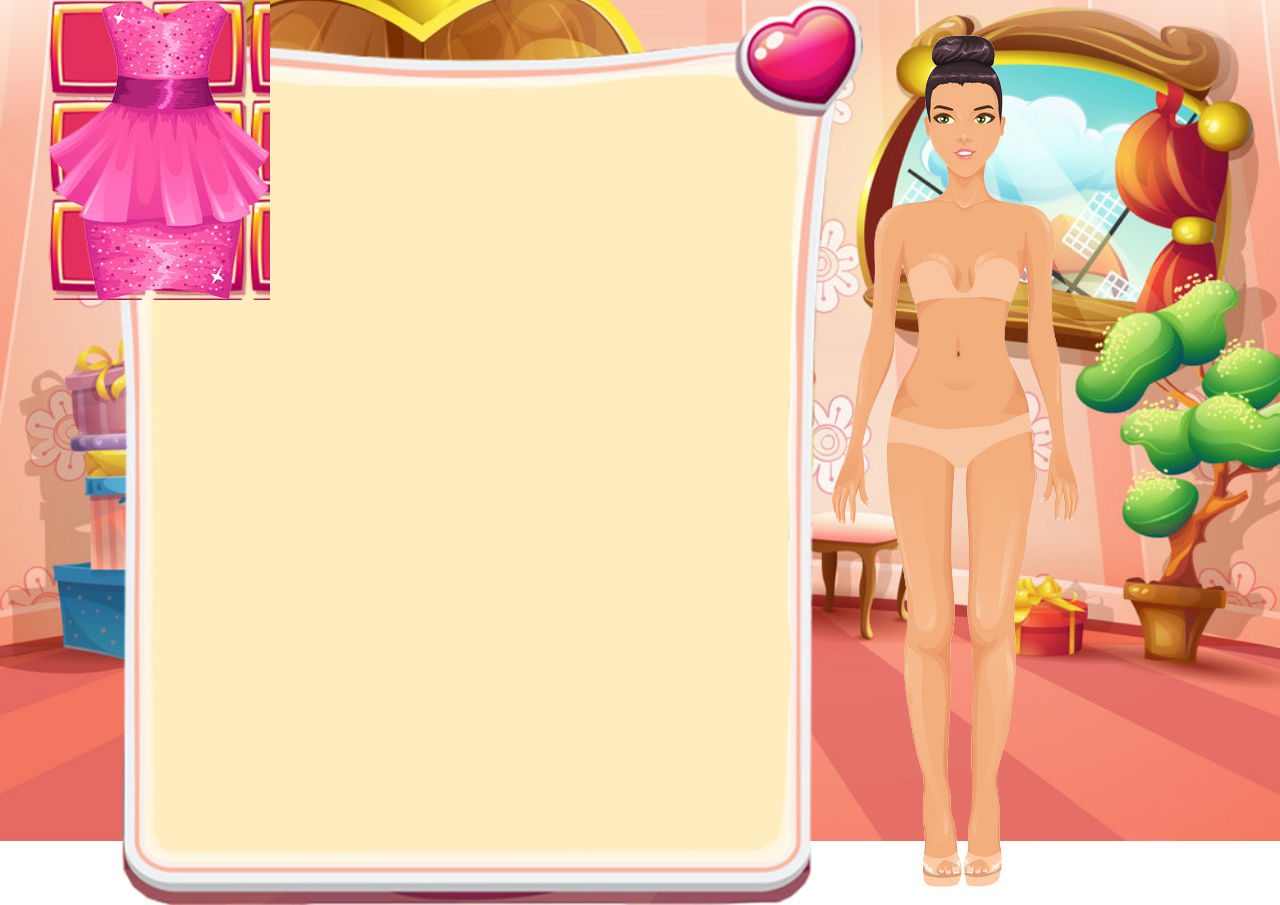
Repository: bunbubam/GameThayDoReactjs_NguyenKhacNghia
Page: /
An editor plug-in stored every save of this project. The page is shown before and after the next save, followed by the edit.
The browser window is 1280 px wide. The pictures show the whole page.
The project was rebuilt for these pictures with package versions that can differ from the ones it lists, and the page was loaded fresh each time.

Above is the page before, as saved 2022-03-30 15:42:55.

### public/index.html
<!doctype html>
<html lang="en">
  <head>
    <title>GameThaydo</title>
    <!-- Required meta tags -->
    <meta charset="utf-8">
    <meta name="viewport" content="width=device-width, initial-scale=1, shrink-to-fit=no">

    <!-- Bootstrap CSS -->
    <link rel="stylesheet" href="https://stackpath.bootstrapcdn.com/bootstrap/4.3.1/css/bootstrap.min.css" integrity="sha384-ggOyR0iXCbMQv3Xipma34MD+dH/1fQ784/j6cY/iJTQUOhcWr7x9JvoRxT2MZw1T" crossorigin="anonymous">
  </head>
  <body>
    <div id="root"></div>
    <!-- Optional JavaScript -->
    <!-- jQuery first, then Popper.js, then Bootstrap JS -->
    <script src="https://code.jquery.com/jquery-3.3.1.slim.min.js" integrity="sha384-q8i/X+965DzO0rT7abK41JStQIAqVgRVzpbzo5smXKp4YfRvH+8abtTE1Pi6jizo" crossorigin="anonymous"></script>
    <script src="https://cdnjs.cloudflare.com/ajax/libs/popper.js/1.14.7/umd/popper.min.js" integrity="sha384-UO2eT0CpHqdSJQ6hJty5KVphtPhzWj9WO1clHTMGa3JDZwrnQq4sF86dIHNDz0W1" crossorigin="anonymous"></script>
    <script src="https://stackpath.bootstrapcdn.com/bootstrap/4.3.1/js/bootstrap.min.js" integrity="sha384-JjSmVgyd0p3pXB1rRibZUAYoIIy6OrQ6VrjIEaFf/nJGzIxFDsf4x0xIM+B07jRM" crossorigin="anonymous"></script>
  </body>
</html>

### src/App.js
import logo from './logo.svg';
import './App.css';
import Dress from './gamethaydo/dress';

function App() {
  return (
    <Dress></Dress>
  );
}

export default App;

### src/App.css
body {
    background: url(gamethaydo/images/dress-room.jpg) no-repeat;
    background-position: 50% 53%;
    background-size: cover;
}
.dress-main .row {height: 100vh;}
.girl img {
    position: absolute;
    bottom: 2%;
    left: 30%;
}
.clothing-box {
    background: url(gamethaydo/images/box.png) no-repeat;
    background-position: 50% 50%;
    background-size: cover;
    width: 800px;
    height: 905px;
}
.clothing-item {
    position: absolute;
    top: 0;
    left: 0;
    background: url(gamethaydo/images/menu.png);
}

### src/gamethaydo/dress.js
import React, {Component} from 'react';
import Girl from './images/girl.png';
import Clothing1 from './images/trangphuc1.png';
import Clothing2 from './images/trangphuc2.png';
import Clothing3 from './images/trangphuc3.png';
import Clothing4 from './images/trangphuc4.png';
import Clothing5 from './images/trangphuc5.png';
import Clothing6 from './images/trangphuc6.png';
import Clothing7 from './images/trangphuc7.png';
import Clothing8 from './images/trangphuc8.png';
import Clothing9 from './images/trangphuc9.png';
import Clothing10 from './images/trangphuc10.png';

class Dress extends Component {
    state = {
        girl : Girl,
        clothing : Girl

    }
changeClothing = (imgs) => {
        return(
            this.setState({
                clothing : imgs
            })
        )
    }
    render() {
        return(
            <div className='container-fluid'>
                <div className='dress-main'>
                    <div className='row'>
                        <div className='col-12 col-xl-6 block-left'>
                            <div className='clothing-box position-relative ml-md-5'>
                                <div className='row'>
                                    <div className='col-12 col-xl-4'>
                                        <div className='clothing-item'>
                                            <img onClick={()=>this.changeClothing(Clothing1)} src={require('./images/trangphuc1.png')} className='img-fluid'/>
                                        </div>
                                    </div>
                                </div>
                            </div>
                        </div>
                        <div className='col-12 col-xl-6 block-right position-relative'>
                            <div className='girl'>
                                <img src={this.state.girl} className='img-fluid'/>
                                <img src={this.state.clothing} className='img-fluid'/>
                            </div>
                        </div>
                    </div>
                </div>
            </div>
        )
    };
}
export default Dress;

Loaded but not shown: src/index.js (common file); src/index.css (common file); src/reportWebVitals.js (common file)

After the next save:
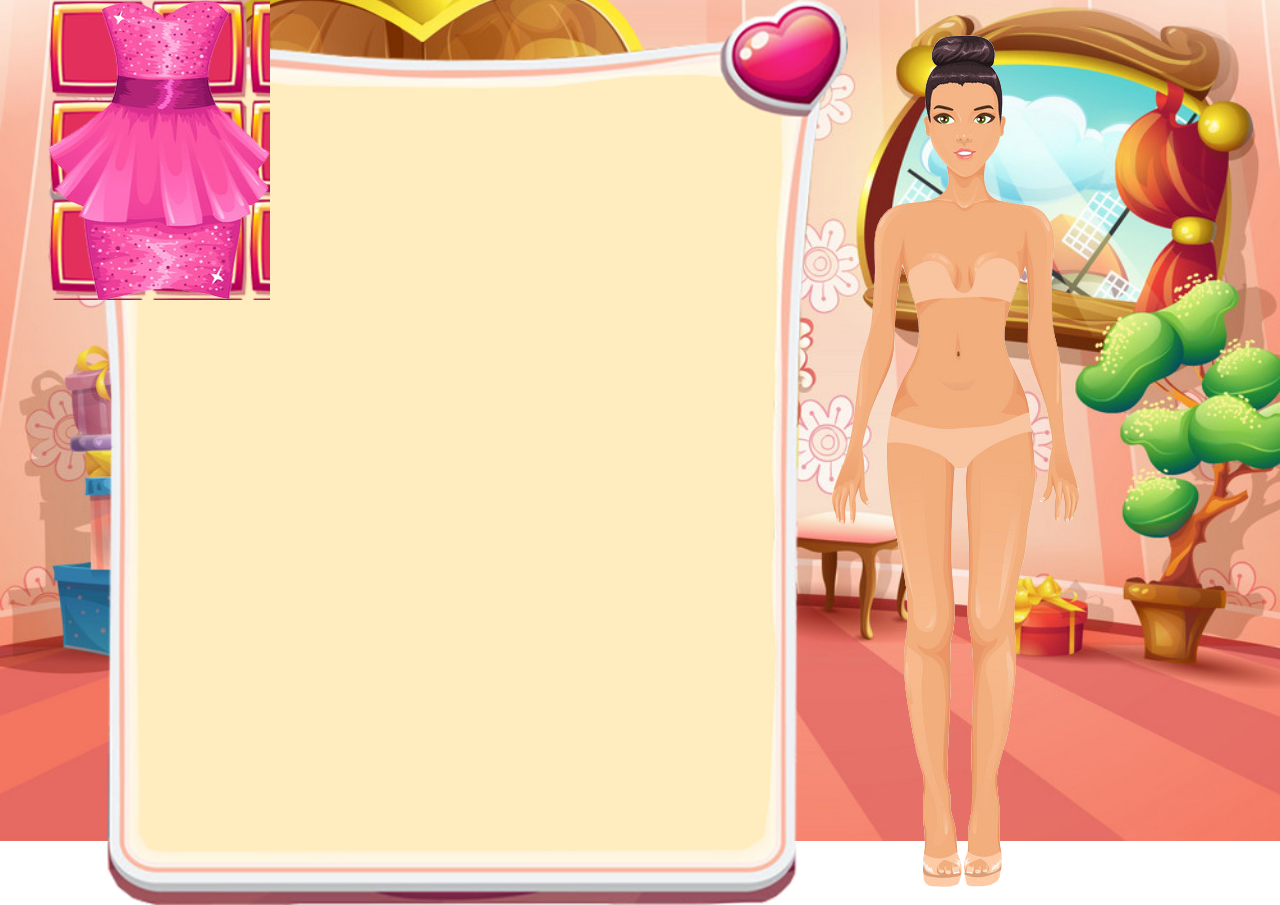
Saved 2 min 16 s later.
--- a/src/App.css
+++ b/src/App.css
@@ -9,7 +9,7 @@ body {
     bottom: 2%;
     left: 30%;
 }
-.clothing-box {
+.clothing-box  .row{
     background: url(gamethaydo/images/box.png) no-repeat;
     background-position: 50% 50%;
     background-size: cover;
